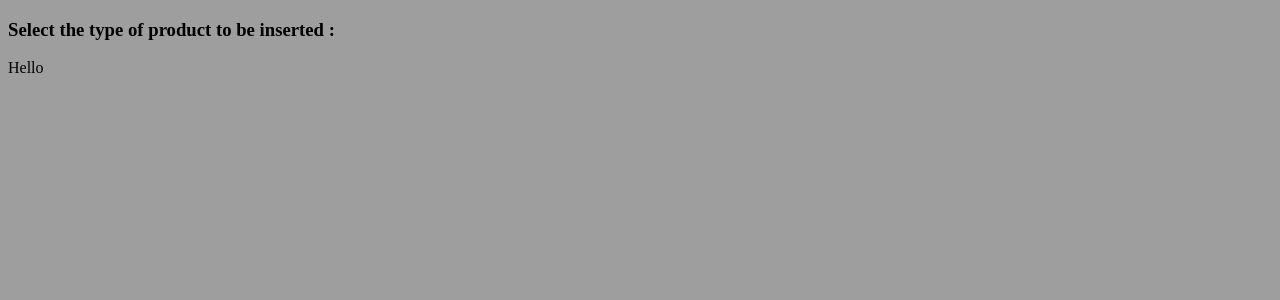
Repository: pratikmathur279/E-Postal-Services-1
Page: http://localhost/Project/addproducts.jsp
An editor plug-in stored every save of this project. The page is shown before and after the next save, followed by the edit.
The browser window is 1280 px wide. The pictures show the whole page.
The page is served by Tomcat 9.

Above is the page before, as saved 2014-07-27 07:09:07.

After the next save:
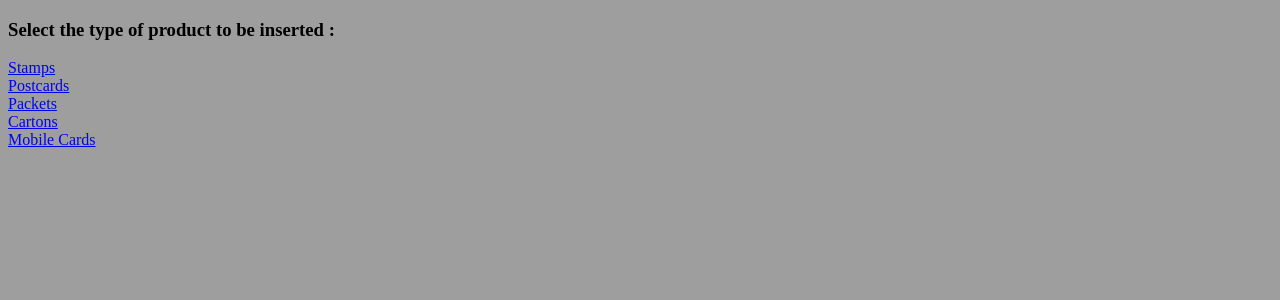
Saved 2 min 19 s later.
--- a/Project/WebContent/addproducts.jsp
+++ b/Project/WebContent/addproducts.jsp
@@ -9,7 +9,11 @@
 <body background="E:\Project\background_home.jpg">
 
 <h3>Select the type of product to be inserted : </h3>
-<blink>Hello</blink>
+<a href="stamps_addproducts.jsp">Stamps</a><br>
+<a href="postcards_addproducts.jsp">Postcards</a><br>
+<a href="packets_addproducts.jsp">Packets</a><br>
+<a href="cartons_addproducts.jsp">Cartons</a><br>
+<a href="mobilecards_addproducts.jsp">Mobile Cards</a><br>
 
 </body>
 </html>
